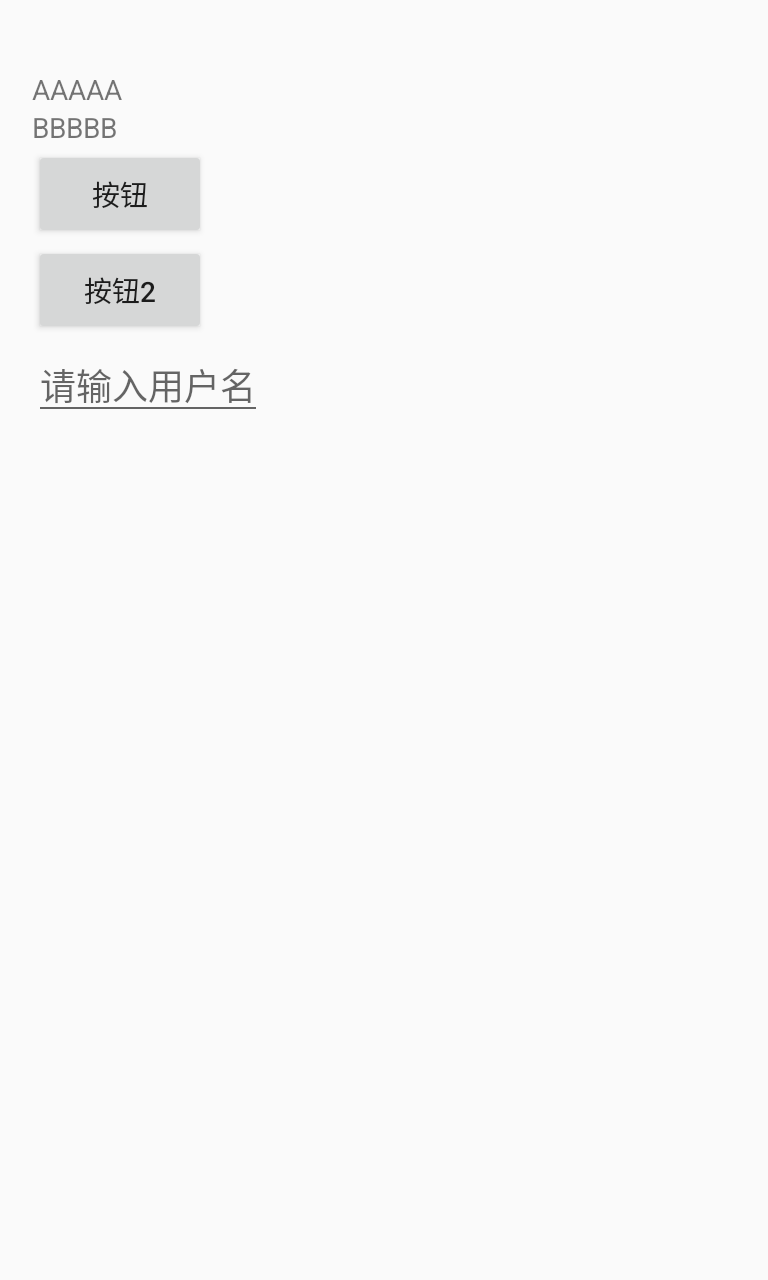
Repository: zzznn/Android_and_java
Layout: work/Day0202/res/layout/activity_main.xml
These files come from the project's save history. The layout is drawn as it stood at one moment and after a run of saves; the edit follows.
It is drawn on a 768 x 1280 px phone screen (xhdpi) without system bars, with theme AppTheme; the app's code is not run.

Above is the layout before, as saved 2018-01-03 08:43:30.

After the next 2 saves:
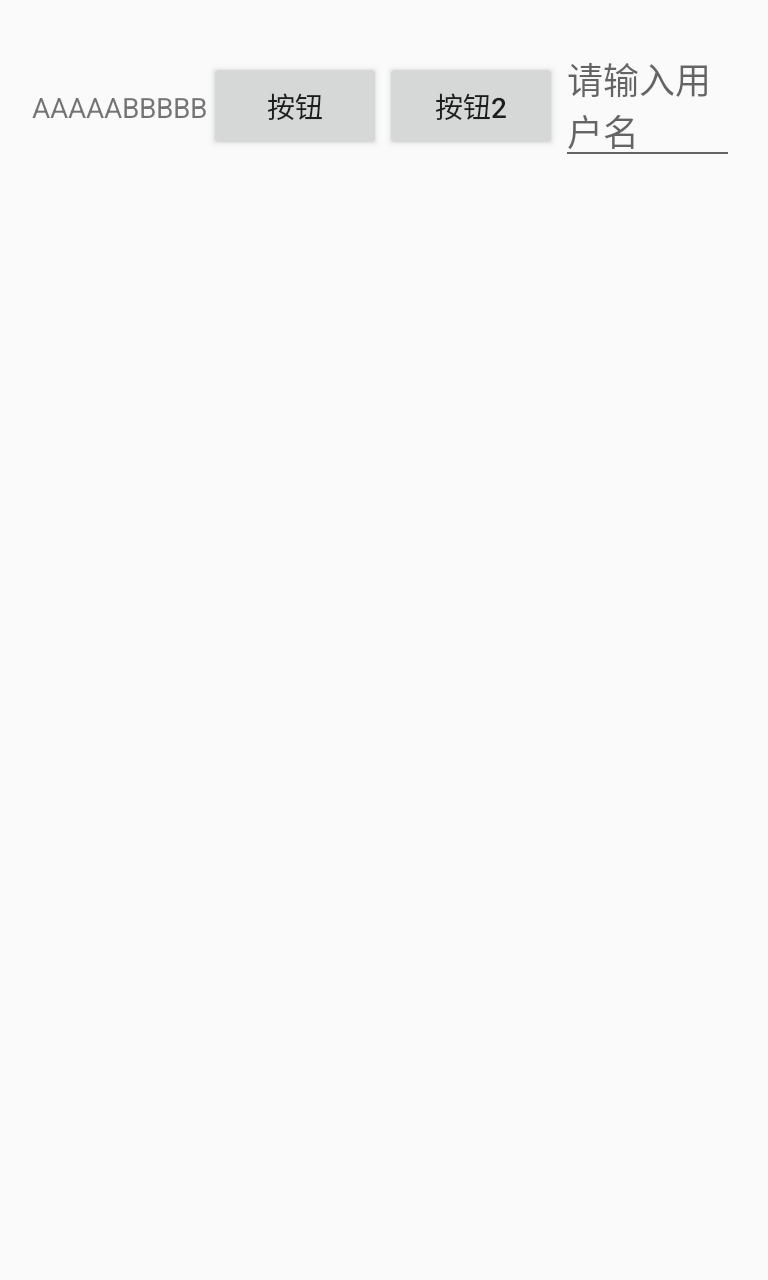
The 2 saves are shown as one change because 1 did not build or start.
The last was saved 2 min 52 s later.
--- a/work/Day0202/res/layout/activity_main.xml
+++ b/work/Day0202/res/layout/activity_main.xml
@@ -7,6 +7,7 @@
     android:paddingRight="@dimen/activity_horizontal_margin"
     android:paddingTop="@dimen/activity_vertical_margin"
     android:orientation="vertical"
+            android:orientation="horizontal">
     tools:context="com.Kevin.day0202.MainActivity" >
 
     <TextView
@@ -45,6 +46,7 @@
         android:id="@+id/et_name"
         android:layout_width="wrap_content"
         android:layout_height="wrap_content"
+
         android:hint="请输入用户名"
         />
 
